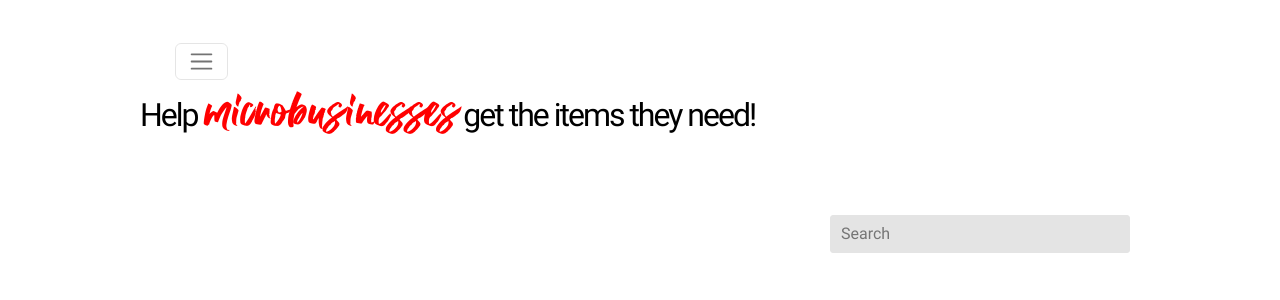
Repository: David-Waite/edableStyleChanges
Page: /
These files come from the project's save history. The page is drawn as it stood at one moment and after the next save; the edit follows.
The browser window is 1280 px wide. The pictures show the whole page.
The page's requests for data from a server got no answer. The project was rebuilt for these pictures with package versions that can differ from the ones it lists, and the page was loaded fresh each time. Some packages were replaced by stand-ins written for this rebuild. No one was signed in, and anything a server would have sent is missing. Queries for data that is not in the repository find no rows. Also part of the build but not shown: src/components/Item/ProgressBar.css, src/components/Volunteer/Volunteer.tsx, src/components/DonorForm/Message.css, src/components/Volunteer/VolunteerError.tsx, src/components/Default.tsx, src/components/DonorForm/Paypal.tsx, src/components/DonorForm/DonorForm.tsx, src/components/Organisation/Organisation.module.css and 9 more.

Above is the page before, as saved 2022-10-27 17:46:20.

### public/index.html
<!DOCTYPE html>
<html lang="en">
  <head>
    <meta charset="utf-8" />
    <link rel="icon" href="%PUBLIC_URL%/favicon.ico" />
    <meta name="viewport" content="width=device-width, initial-scale=1" />
    <meta name="theme-color" content="#000000" />
    <meta name="description" content="EdAble Donations System" />
    <link rel="apple-touch-icon" href="%PUBLIC_URL%/logo192.png" />
    <link rel="manifest" href="%PUBLIC_URL%/manifest.json" />
    <link
      rel="stylesheet"
      href="https://cdn.jsdelivr.net/npm/bootstrap@5.2.0-beta1/dist/css/bootstrap.min.css"
      integrity="sha384-0evHe/X+R7YkIZDRvuzKMRqM+OrBnVFBL6DOitfPri4tjfHxaWutUpFmBp4vmVor"
      crossorigin="anonymous"
    />
    <title>EdAble Donations</title>
  </head>
  <body>
    <noscript>You need to enable JavaScript to run this app.</noscript>
    <div id="root"></div>
  </body>
  <script src="./iframeResizer.contentWindow.min.js"></script>
</html>

### src/index.tsx
import React from 'react';
import ReactDOM from 'react-dom/client';
import './index.css';
import App from './App';
import reportWebVitals from './reportWebVitals';
import './fonts/Roboto/Roboto-Medium.ttf';
import './fonts/Lora/Lora-VariableFont_wght.ttf';

const root = ReactDOM.createRoot(
  document.getElementById('root') as HTMLElement
);
root.render(
  <React.StrictMode>
    <App />
  </React.StrictMode>
);

// If you want to start measuring performance in your app, pass a function
// to log results (for example: reportWebVitals(console.log))
// or send to an analytics endpoint. Learn more: https://bit.ly/CRA-vitals
reportWebVitals();

### src/index.css
body {
  margin: 0;
  -webkit-font-smoothing: antialiased;
  -moz-osx-font-smoothing: grayscale;
}

code {
  font-family: source-code-pro, Menlo, Monaco, Consolas, "Courier New",
    monospace;
}

* {
  box-sizing: border-box;
}

#page-wrap {
  padding-bottom: 10px;
  padding-top: 10px;
}
@font-face {
  font-family: "Roboto";
  src: local("Roboto"),
    url("./fonts/Roboto/Roboto-Medium.ttf") format("truetype");
}

@font-face {
  font-family: "Lora";
  src: local("Lora"),
    url("./fonts/Lora/Lora-VariableFont_wght.ttf") format("truetype");
}

@font-face {
  font-family: "black_stonealternative";
  src: local("blackStone"),
    url("./fonts/BlackStone/blackstone-alternative-webfont.woff") format("woff");
}

h1 {
  font-family: "Roboto";
  font-style: normal;
  font-weight: 700;
  font-size: 52px;
  line-height: 64px;
  /* identical to box height, or 123% */
  color: #000000;
}

h2 {
  font-family: "Lora";
  font-style: normal;
  font-weight: 700;
  font-size: 47px;
  line-height: 60px;
  /* identical to box height, or 128% */
  color: #f1f1f1;
}

h3 {
  font-family: "Lora";
  font-style: normal;
  font-weight: 700;
  font-size: 40px;
  line-height: 51px;
  color: #c4c4c4;
}

h4 {
  font-family: "Roboto";
  font-style: normal;
  font-weight: 700;
  font-size: 35px;
  line-height: 43px;
  /* identical to box height, or 123% */
  letter-spacing: 0.02em;
  color: #000000;
}

h5 {
  font-family: "Roboto";
  font-style: normal;
  font-weight: 700;
  font-size: 28px;
  line-height: 44px;
  /* identical to box height, or 157% */
  color: #000000;
}

h6 {
  font-family: "Roboto";
  font-style: normal;
  font-weight: 700;
  font-size: 21px;
  line-height: 25px;
  /* identical to box height */
  color: #000000;
}

body {
  font-family: "Roboto";
  font-style: normal;
  font-weight: 400;
  font-size: 21px;
  line-height: 32px;
  /* identical to box height, or 152% */
  color: #000000;
}

### src/App.tsx
import React from "react";
import "./App.css";
import { BrowserRouter, Routes, Route } from "react-router-dom";

import { PayPalScriptProvider } from "@paypal/react-paypal-js";
import Base from "./components/Base";
import Landing from "./components/Landing/Landing";
import Volunteer from "./components/Volunteer/Volunteer";
import VolunteerError from "./components/Volunteer/VolunteerError";
import Default from "./components/Default";
import Organisation from "./components/Organisation/Organisation";
import ItemPage from "./components/Item/ItemPage";
import Success from "./components/DonorForm/Success";
import Cancel from "./components/DonorForm/Cancel";
import PastDonations from "./components/DonorForm/PastDonations";
import PastItemDonations from "./components/DonorForm/PastItemDonations";
import DonateTime from "./components/Volunteer/DonateTime";

function App() {
  return (
    <PayPalScriptProvider
      options={{
        "client-id":
        process.env.REACT_APP_PAYPAL_CLIENT_ID||"ATT3Tn46NrmHggGqVC4mzWOZWlnbp2ID9DA0yQnhsgqPFIVPPlLhfSI_-atbZc3aN7n_k7wUVTyQJMnI",
        currency: "AUD",
      }}
    >
      <BrowserRouter>
        <Routes>
          <Route path="/" element={<Base />}>
            <Route path="/" element={<Landing />} />
            <Route path="volunteer" element={<Volunteer />} />
            <Route path="success" element={<Success />} />
            <Route path="organisation/:orgId" element={<Organisation />} />
            <Route path="cancel/:orgId" element={<Cancel />} />
            <Route path="volunteererror/:orgId" element={<VolunteerError />} />
            <Route path="organisation/:orgId" element={<PastDonations />} />
            <Route path="item/:orgID/:itemID" element={<ItemPage />} />
            <Route path="item/:orgID/:itemID" element={<PastItemDonations />} />
            <Route path="volunteer/organisation/:orgId" element={<DonateTime />} />
            <Route path="volunteer/success" element={<Success />} />

            {/* Using path="*"" means "match anything", so this route
                acts like a catch-all for URLs that we don't have explicit
              routes for. */}
            <Route path="*" element={<Default />} />
          </Route>
        </Routes>
      </BrowserRouter>
    </PayPalScriptProvider>
  );
}

export default App;

### src/App.css
.App {
  text-align: center;
}

.App-logo {
  height: 40vmin;
  pointer-events: none;
}

@media (prefers-reduced-motion: no-preference) {
  .App-logo {
    animation: App-logo-spin infinite 20s linear;
  }
}

.App-header {
  background-color: #282c34;
  min-height: 100vh;
  display: flex;
  flex-direction: column;
  align-items: center;
  justify-content: center;
  font-size: calc(10px + 2vmin);
  color: white;
}

.App-link {
  color: #61dafb;
}

@keyframes App-logo-spin {
  from {
    transform: rotate(0deg);
  }
  to {
    transform: rotate(360deg);
  }
}

.font-face-rob {
  font-family: "Roboto";
}

.font-face-lora {
  font-family: "Lora";
}

.font-face-Black {
  font-family: "black_stonealternative";
}

### src/components/Base.tsx
import { Outlet } from 'react-router-dom';

function BasePage() {
  return (
    <>
      {/* An <Outlet> renders whatever child route is currently active,
          so you can think about this <Outlet> as a placeholder for
        the child routes we defined above. */}
      <Outlet/>
    </>
  );
}

export default BasePage;

### src/components/Landing/Landing.tsx
import { useEffect, useState } from "react";
import "./Landing.css";
import { Link } from "react-router-dom";
import { db } from "../../config/firebase";
import { collection, query, onSnapshot, where } from "firebase/firestore";
import { Button, Container, Carousel, Row, Col } from "react-bootstrap";
import { ReactComponent as InclusionHero } from "./InclusionHero.svg";

import Sidebar from "./Sidebar";
import ItemsCollection from "./ItemsCollection";
import Organisation from "../Organisation/Organisation";

function Landing() {
  const [orgList, setOrgList] = useState<any>([]);

  // gets all the orgs from dbs
  useEffect(() => {
    const q = query(
      collection(db, "Organisations"),
      where("activeStatus", "==", true)
    );
    onSnapshot(q, (querySnapshot) => {
      // setOrgList dumps all the orgs in orgList
      setOrgList(
        querySnapshot.docs.map((doc) => ({
          id: doc.id,
          data: doc.data(),
        }))
      );
    });
  }, []);

  useEffect(() => {
    window.scrollTo(0, 0);
  }, []);

  return (
    //   these lines set up the format of the page
    <>
      <div className="landing">
        {/* Burger menu */}
        <div className="navBarContainer">
          <Sidebar orgList={orgList} />
        </div>

        <div className="App" id="outer-container">
          {/* Carousel */}
          <Container>
            <Row>
              <Col>
                <div className="carouselContainer">
                  <Carousel
                    touch={true}
                    interval={4000}
                    indicators={true}
                    variant="light"
                  >
                    {orgList.map((org: any) => (
                      <Carousel.Item
                        key={org.id.toString()}
                        style={{
                          textAlign: "left",
                        }}
                      >
                        <Link
                          to={`organisation/${org.id}`}
                          style={{
                            textDecoration: "none",
                            color: "black",
                          }}
                        >
                          {/* this div contains the carousel item's contents and makes the whole carousel item a link (based on link tag above) */}
                          <div
                            className="carousel-contents"
                            style={{ backgroundImage: `url(${org.data.img})` }}
                          >
                            <h2 className="title">{org.data.name}</h2>
                            <div className="carousel-contents-bottom">
                              <p className="orgSummary">{org.data.summary}</p>
                              <Button
                                className="btnContribute"
                                variant="warning"
                              >
                                <div>
                                  CONTRIBUTE TO
                                  <span>{org.data.name.toUpperCase()}</span>!
                                </div>
                              </Button>
                            </div>
                          </div>
                        </Link>
                      </Carousel.Item>
                    ))}
                  </Carousel>
                </div>
              </Col>
            </Row>
          </Container>
        </div>

        <ItemsCollection orgList={orgList} />
      </div>
    </>
  );
}

export default Landing;

### src/components/Landing/Landing.css
.carousel-control-next,
.carousel-control-prev {
  width: 10%;
}

/* .landing {
  background-color: #ffffd9;
} */

.landing {
  max-width: 1000px;
  padding-top: 20px;
  margin: 0 auto 90px;
}

.title {
  font-size: 33px;
  font-family: sans-serif;
  height: auto;
  margin-bottom: 0px;
}

.header {
  /* margin-top: 15px;
  margin-left: 20px;
  margin-right: 20px; */
  padding-left: 3vw;
  padding-right: 3vw;
  /* padding-bottom: 20px; */
  padding-top: 3vh;
  background-color: black;
}

.star {
  height: 200px;
  width: 400px;
  display: block;
  margin: auto;
}

.col {
  padding: 0;
}

@media screen and (min-width: 100px) {
  h1 {
    font-size: calc(20px + 8vw);
  }

  h3 {
    font-size: calc(15px + 0.8vw);
  }

  p {
    font-size: calc(8px + 1vw);
    font-weight: 250;
  }
}

.navBarContainer {
  margin-left: 30px;
  margin-top: 10px;
  position: absolute;
  color: white;
}

.carousel {
  /* margin: 3px; */
  /* border-radius: 30px; */

  color: white;
  /* height: ; */
}

.carousel-contents {
  display: flex;

  flex-direction: column;
  justify-content: flex-end;

  padding: 10px 25px;
  color: white;
  height: 500px;
}

.carousel-indicators {
  margin-bottom: 10px;
}

.carousel-contents-bottom {
  display: flex;
  align-items: center;
  justify-content: space-between;
  gap: 20px;

  margin-bottom: 30px;
}

.btnContribute {
  background-color: #e50040;
  color: white;
  border: none;
  border-radius: 3px;
  padding: 10px 15px;
}

.btnContribute span {
  margin-left: 3px;
  font-size: 16px;
  font-weight: 400;
  color: white;
}

.btnContribute div {
  width: 300px;
  font-size: 16px;
  font-weight: 400;
  margin: 0;
}

.btnContribute:hover {
  background-color: #d4033e;
  color: white;
}

.orgSummary {
  font-size: 16px;
  line-height: 25px;
}

.imgCarousel {
  width: 100%;
  height: 600px;
}
@media screen and (max-width: 770px) {
  .btnContribute {
    font-size: 17px;
    color: white;
  }
  .btn {
    --bs-btn-line-height: 1.75;
  }
}

@media screen and (max-width: 500px) {
  .star {
    height: 150px;
    width: 300px;
  }
  .btnContribute {
    font-size: 15px;
  }
}
@media screen and (max-width: 400px) {
  .btnContribute {
    font-size: 13px;
  }
  .btn {
    --bs-btn-line-height: 1;
  }
}
@media screen and (max-width: 340px) {
  .star {
    height: 100px;
    width: 200px;
  }
  h2 {
    font-size: 20px;
  }
  .orgSummary {
    font-size: 15px;
  }
  .imgCarousel {
    width: 150px;
    height: 150px;
  }
}
@media screen and (max-width: 340px) {
  .navBarContainer {
    margin-left: 20px;
  }
}

/* #carousel-indicators {
    color:rgb(17, 0, 61)
} */

/* Button {
  font-size: x-small;




   <img
                              className="imgCarousel"
                              src={org.data.img}
                              alt={`${org.data.name}` + "'s logo"}
                            />
} */

### src/config/firebase.js
import { initializeApp } from "firebase/app";
import { getFirestore } from "firebase/firestore";
import { initializeAppCheck, ReCaptchaV3Provider } from "firebase/app-check";

const firebaseConfig = {
  apiKey: "AIzaSyDs6EtNxxw7Q9vqGTd9EFzCkpK4aQ9u_dY",
  authDomain: "edable-swinburne.firebaseapp.com",
  projectId: "edable-swinburne",
  storageBucket: "edable-swinburne.appspot.com",
  messagingSenderId: "217658206897",
  appId: "1:217658206897:web:529a69fce1bf349d7ad090",
  measurementId: "G-2R2MP9QZ9F",
};

// Initialize Firebase
const app = initializeApp(firebaseConfig);
const db = getFirestore(app);

// app check
const appCheck = initializeAppCheck(app, {
  provider: new ReCaptchaV3Provider("6LcACHkiAAAAAI-dIVsdXLO9-vrCICsqM5sRRjbJ"),
  isTokenAutoRefreshEnabled: true,
});

export { db };

### src/components/Landing/Sidebar.tsx
import { useState, useEffect } from "react";
import { query, onSnapshot, collection, where } from "firebase/firestore";
import { db } from "../../config/firebase";
import { Link } from "react-router-dom";
import Navbar from "react-bootstrap/Navbar";
import Offcanvas from "react-bootstrap/Offcanvas";

type SidemenuProps = {
  pageWrapId: string;
  outerContainerId: string;
};

function Sidebar(props: any) {
  const [search, setSearch] = useState<string>("");

  const handleChange = (e: React.ChangeEvent<HTMLInputElement>) => {
    setSearch(e.target.value);
  };

  const filteredOrganisations = props.orgList.filter((Organisations: any) =>
    Organisations.data.name.toLowerCase().includes(search.toLowerCase())
  );
  return (
    <>
      <Navbar expand={false}>
        <Navbar.Toggle aria-controls={`offcanvasNavbar-expand`} />
        <Navbar.Offcanvas
          id={`offcanvasNavbar-expand`}
          aria-labelledby={`offcanvasNavbarLabel-expand`}
        >
          <Offcanvas.Header closeButton>
            <Offcanvas.Title
              id={`offcanvasNavbarLabel-expand`}
              style={{
                fontSize: "20px",
              }}
            >
              Social-enterprises supported by EdAble
            </Offcanvas.Title>
          </Offcanvas.Header>
          <Offcanvas.Body>
            <input type="text" onChange={handleChange} placeholder="Search" />
            {filteredOrganisations.map((Organisation: any) => (
              <Link
                style={{
                  textDecoration: "none",
                  color: "black",
                }}
                to={`organisation/${Organisation.id}`}
                key={Organisation.id}
              >
                <br />
                <div>{Organisation.data.name}</div>
              </Link>
            ))}
          </Offcanvas.Body>
        </Navbar.Offcanvas>
      </Navbar>
    </>
  );
}

export default Sidebar;

### src/components/Landing/ItemsCollection.tsx
import { useState, useEffect } from "react";
import {
  collectionGroup,
  query,
  onSnapshot,
  collection,
  where,
  getDocs,
} from "firebase/firestore";
import { db } from "../../config/firebase";
import Card from "react-bootstrap/Card";
import ProgressBar from "react-bootstrap/ProgressBar";
import { Link } from "react-router-dom";
import styles from "./ItemsCollection.module.css";
import "../Item/ProgressBar.css";

function ItemsCollection(props: any) {
  const [itemList, setItemList] = useState<any>([]);
  const [search, setSearch] = useState<string>("");

  useEffect(() => {
    const q = query(
      collectionGroup(db, "Items"),
      where("activeStatus", "==", true)
    );

    onSnapshot(q, async (querySnapshot) => {
      setItemList(
        querySnapshot.docs.map((doc) => ({
          id: doc.id,
          data: doc.data(),
          parentDoc: doc.ref.parent.parent?.id,
        }))
      );
    });
  }, []);

  function mergeLists() {
    const mergeList: any = [];
    itemList.map((item: any) => {
      props.orgList.map((org: any) => {
        if (item.parentDoc === org.id) {
          if (item.data.activeStatus === true) {
            mergeList.push({
              ...item,
              orgName: org.data.name,
              orgActiveStatus: org.data.activeStatus,
            });
          }
        }
      });
    });
    return mergeList;
  }

  const mergeList = mergeLists();

  const handleChange = (e: React.ChangeEvent<HTMLInputElement>) => {
    setSearch(e.target.value);
  };
  const filteredItems = mergeList.filter((item: any) =>
    item.data.name.toLowerCase().includes(search.toLowerCase())
  );
  return (
    <>
      <div className={styles.containerDiv}>
        <h2 className={styles.title}>
          Help <span>microbusinesses</span> get the items they need!
        </h2>
        <div
          className={styles.searchBar}
          style={{
            borderRadius: "3px",
            display: "flex",
            alignItems: "right",
            justifyContent: "right",
          }}
        >
          <input
            style={{ fontSize: "16px" }}
            className={styles.input}
            type="text"
            onChange={handleChange}
            placeholder="Search"
          />
        </div>

        <div className={styles.cardParentDiv}>
          {filteredItems.map((item: any) => (
            <div key={item.id.toString()} className={styles.cards}>
              <img src={item.data.img} alt={`Image of  ${item.data.name}`} />
              <div className={styles.cardBody}>
                <div>
                  <h3 className={styles.cardTitle}>
                    {item.orgName}:
                    <br />
                    <span>{item.data.name}</span>
                  </h3>

                  <p className={styles.cardDes}>{item.data.summary}</p>
                </div>

                <div className={styles.bottomHalfCard}>
                  <ProgressBar
                    striped
                    now={
                      item.data.totalDonationsValue
                        ? (item.data.totalDonationsValue /
                            item.data.initialPrice) *
                          100
                        : 0
                    }
                    label={`${Math.round(
                      (item.data.totalDonationsValue / item.data.initialPrice) *
                        100
                    )}%`}
                  />
                  <Link
                    style={{
                      textDecoration: "none",
                      color: "black",
                    }}
                    to={`item/${item.parentDoc}/${item.id}`}
                  >
                    <div className={styles.btn}>DONATE NOW!</div>
                  </Link>
                </div>
              </div>
            </div>
          ))}
        </div>
      </div>
    </>
  );
}

export default ItemsCollection;

### src/components/Landing/ItemsCollection.module.css
.containerDiv {
  /* background-color: rgb(212, 238, 249); */
  border-radius: 40px;
}

.searchBar {
  border-radius: 3px !important;
  padding: 0;
}
.title {
  font-size: 32px;
  color: black;
  font-family: "Roboto";
  margin-top: 60px;
  margin-bottom: 60px;
  font-weight: 500;
  letter-spacing: -2px;
}

.title span {
  font-family: "black_stonealternative";
  margin-left: 0px;
  margin-right: 0px;
  font-size: 55px;
  letter-spacing: 1px;
  font-weight: 100;
}

.input {
  margin: 10px;
  width: 300px;
  border-radius: 3px;
  padding: 2px 10px;
}

.cardParentDiv {
  display: grid;
  grid-template-columns: 1fr 1fr 1fr;
  gap: 30px;
}

.bottomHalfCard {
  align-self: end;
}
.cardParentDiv img {
  width: 100%;
  height: 180px;
  object-fit: cover;
  padding: 0;
  margin: 0;
}

.cardTitle {
  font-size: 18px;
  color: black;
  font-family: sans-serif;
  height: auto;
  line-height: 25px;
}

.cardTitle span {
  color: #e50040;
}

.cardDes {
  height: 60px;
  margin-top: 0px;
  color: rgb(29, 29, 29);
  font-size: 16px;
  letter-spacing: 0.1px;
  line-height: 16px;
  font-weight: 400;
}

.btn {
  text-decoration: none;
  color: white;
  display: flex;
  align-items: center;
  justify-content: center;
  height: 40px;
  margin-top: 10px;
  margin-bottom: -15px;
  text-align: center;
  border-radius: 3px;
  font-size: 16px;
  font-weight: 400;

  background-color: #5e17a9;
}

.cardBody {
  padding: 10px 10px 30px 10px;
}

.cards {
  border-radius: 3px;
  border: none;
  background-color: #f4f4f4;
}

@media (max-width: 1200px) {
  .cards {
    flex: 25%;
  }
}
@media (max-width: 1000px) {
  .cards {
    flex: 42%;
  }
  .input {
    width: 30%;
  }
}
@media (max-width: 768px) {
  .cards {
    flex: 75%;
  }
  .input {
    width: 50%;
  }
}
@media (max-width: 630px) {
  .cards {
    flex: 100%;
  }
  .input {
    width: 70%;
  }
}
@media (max-width: 500px) {
  .input {
    width: 100%;
  }
  .containerDiv {
    padding: 15px;
  }
  .cards {
    margin-left: 0px;
    margin-right: 0px;
    box-shadow: 4px 4px 13px -4px #3f3f3f;
  }
  .itemImg {
    width: 175px;
    height: 175px;
  }
}

### src/components/DonorForm/DonorForm.css
.donorInfoContainer, .VolunteerInfoContainer {
  border-radius: 10px;
  border: 1px solid rgb(215, 215, 215);
  padding: 30px;
  min-width: 500px;
  max-width: 60%;
  background-color: white;
  display: flex;
  justify-content: center;
}

.presetButtons {
  display: flex;
  align-items: center;
  justify-content: center;
}

label {
  font-size: small;
  color: rgb(46, 46, 46);
}

input, select {
  display: block;
  box-sizing: border-box;
  width: 100%;
  border-radius: 3px;
  border: 1px solid #e4e4e4;
  padding: 10px 10px;
  margin-bottom: 1px;
  font-size: 12px;
  background-color: #e4e4e4;
}

span {
  font-size: large;
  color: red;
}

.proceedPayBtn {
  color: white;
  background-color: #FF7000;
  border-color: #FF7000;
}

button {
  border-radius: 4px;
  border: 1px solid rgb(215, 215, 215);
  padding: 5px 10px;
  font-size: 14px;
  margin: 5px;
  color:white;
  background-color: #FF7000;
  border-color: #FF7000;
}

button[type='submit'],
input[type='submit'] {
  background: #ec598f;
  color: white;
  text-transform: uppercase;
  border: none;
  margin-top: 40px;
  padding: 10px;
  font-size: 16px;
  font-weight: 400;
  letter-spacing: 10px;
}

button[type='submit']:hover,
input[type='submit']:hover {
  background: #bf1650;
}

@media screen and (max-width: 630px) {
  .donorInfoContainer, .VolunteerInfoContainer{
    width: calc(100vw - 30px);
    min-width:0px;
    max-width: 100%;
  }
}
@media screen and (max-width: 310px) {
  .donorInfoContainer, .VolunteerInfoContainer{
    padding:10px;
    padding-top: 30px;
  }
}
/* .volunteerOrgInfo{
  display: none;
} */
.DOB{
  display: block;
}
/* #isOrg:checked + .volunteerOrgInfo {
  display: block;
} */
#isOrg:checked ~ .DOB {
  display: none;
}

Loaded but not shown: src/reportWebVitals.ts (common file); public/iframeResizer.contentWindow.min.js (library)

After the next save:
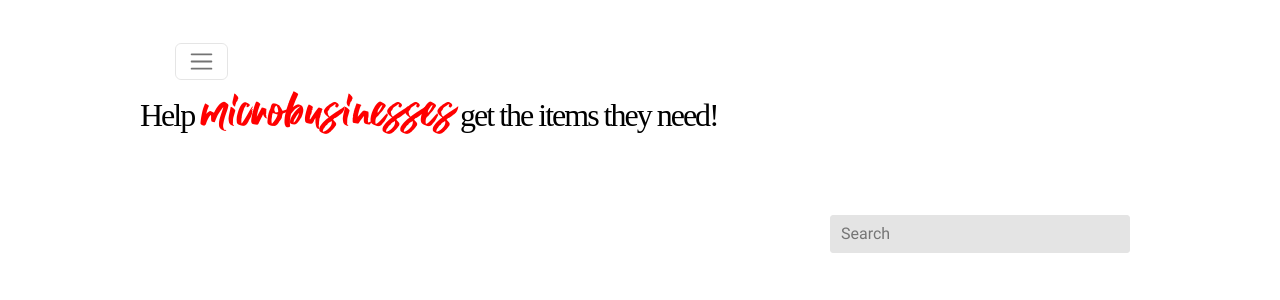
Saved 22 s later.
--- a/src/components/Landing/ItemsCollection.module.css
+++ b/src/components/Landing/ItemsCollection.module.css
@@ -10,7 +10,7 @@
 .title {
   font-size: 32px;
   color: black;
-  font-family: "Roboto";
+  font-family: "sans-serif";
   margin-top: 60px;
   margin-bottom: 60px;
   font-weight: 500;
